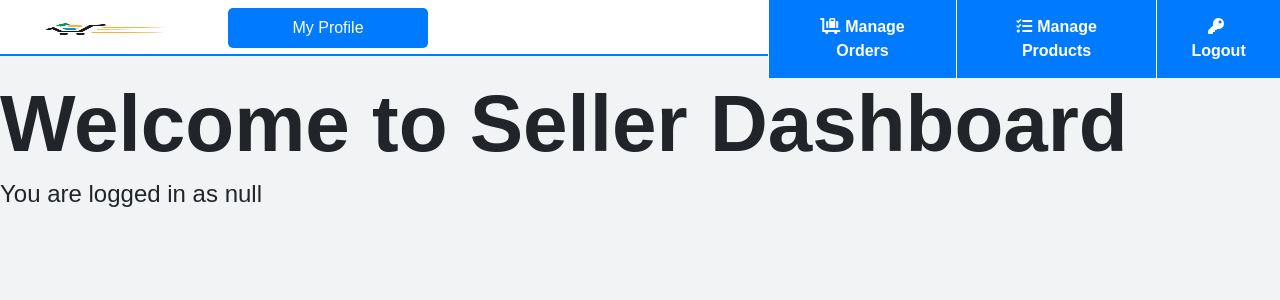
Repository: sahanjayawardena9619/PAF_Project
Page: http://localhost/paf_project/WEB-INF/views/sellerDashboard.jsp
These files come from the project's save history. The page is drawn as it stood at one moment and after the next save; the edit follows.
The browser window is 1280 px wide. The pictures show the whole page.
Some web libraries are served in a nearby version. The page is served by Tomcat 9. Nobody is signed in. The template is opened directly, without the code that normally fills it, so the values that code supplies are empty.

Above is the page before, as saved 2019-05-15 18:08:09.

After the next save:
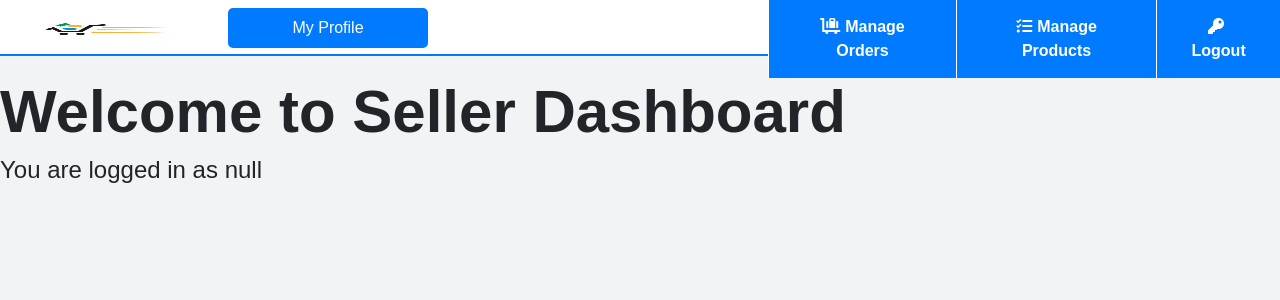
Saved 7 s later.
--- a/Main Project (Final)/PAF/paf_project/src/main/webapp/WEB-INF/views/sellerDashboard.jsp
+++ b/Main Project (Final)/PAF/paf_project/src/main/webapp/WEB-INF/views/sellerDashboard.jsp
@@ -46,7 +46,7 @@
 	</div>
 
 	<div>
-		<h1 style="font-size:80px;"><b>Welcome to Seller Dashboard</b></h1>
+		<h1 style="font-size:60px;"><b>Welcome to Seller Dashboard</b></h1>
 		<h4>You are logged in as <font-color="green"><%=session.getAttribute("emailSeller") %></font></h4>
 	</div>
 
